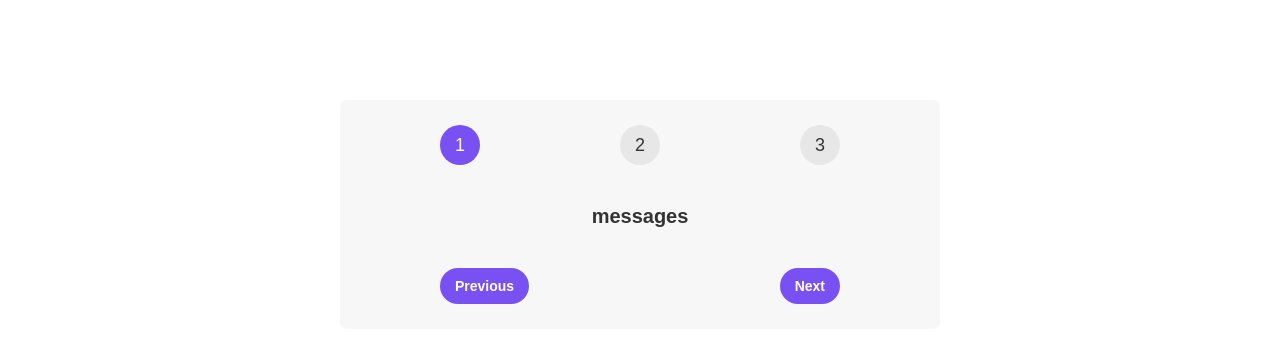
Repository: vgor15/steps
Page: /
These files come from the project's save history. The page is drawn as it stood at one moment and after the next save; the edit follows.
The browser window is 1280 px wide. The pictures show the whole page.
The project was rebuilt for these pictures with package versions that can differ from the ones it lists, and the page was loaded fresh each time.

Above is the page before, as saved 2025-03-07 15:02:37.

### src/App.js
const messages = [
  "Learn React ⚛️",
  "Apply for jobs 💼",
  "Invest your new income 🤑",
];

function App() {

  const steps = 1

  return (
    <div className="steps">
      <div className="numbers">
        <div className="active">1</div>
        <div>2</div>
        <div>3</div>
      </div>

      <p className="message">messages</p>

      <div className="buttons">
        <button style={{ backgroundColor: "#7950f2", color: "#fff" }}>
          Previous
        </button>
        <button style={{ backgroundColor: "#7950f2", color: "#fff" }}>
          Next
        </button>
      </div>
    </div>
  );
}
export default App;

Loaded but not shown: public/index.html (common file); src/index.js (common file); src/index.css (common file)

After the next save:
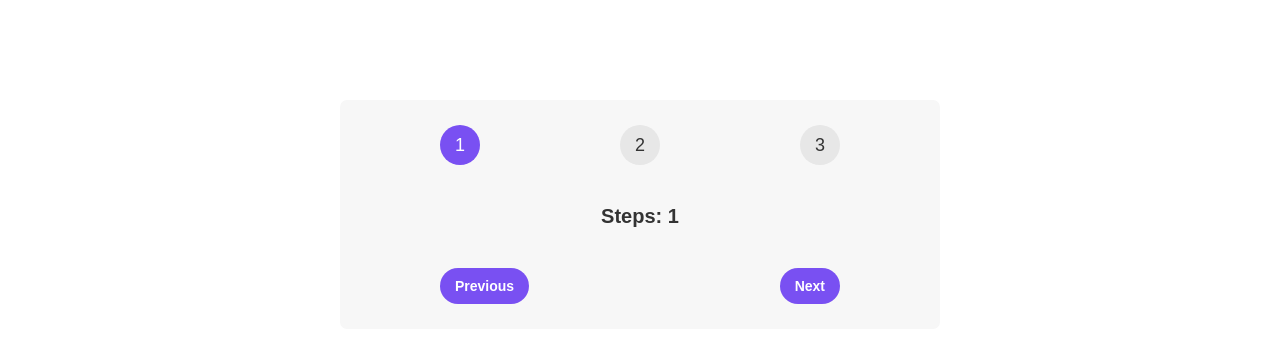
Saved 15 s later.
--- a/src/App.js
+++ b/src/App.js
@@ -5,8 +5,7 @@ const messages = [
 ];
 
 function App() {
-
-  const steps = 1
+  const steps = 1;
 
   return (
     <div className="steps">
@@ -16,7 +15,7 @@ function App() {
         <div>3</div>
       </div>
 
-      <p className="message">messages</p>
+      <p className="message">Steps: {steps}</p>
 
       <div className="buttons">
         <button style={{ backgroundColor: "#7950f2", color: "#fff" }}>
